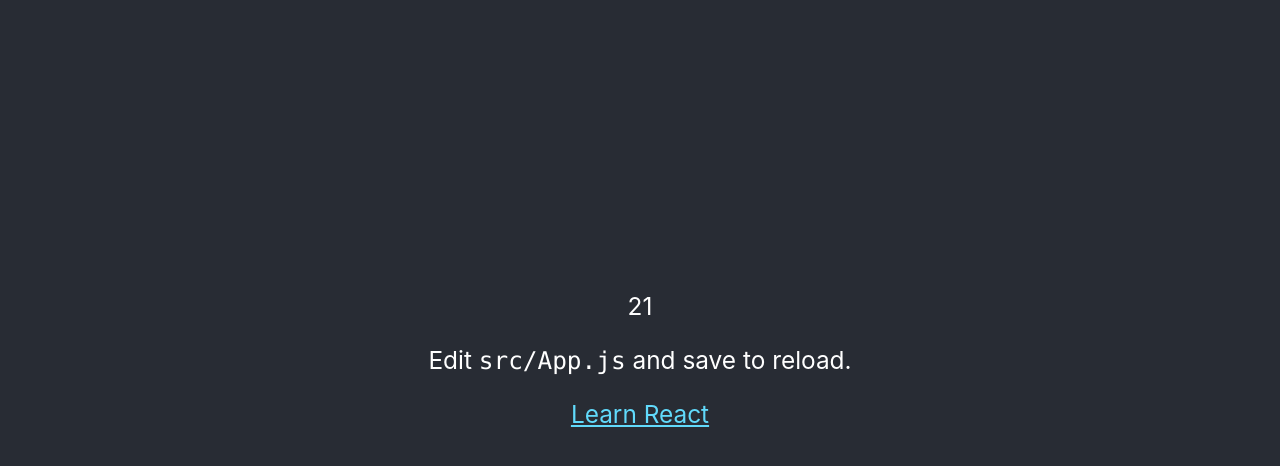
Repository: RahmanRakib9/TwentyOne
Page: /
These files come from the project's save history. The page is drawn as it stood at one moment and after a run of saves; the edit follows.
The browser window is 1280 px wide. The pictures show the whole page.
The project was rebuilt for these pictures with package versions that can differ from the ones it lists, and the page was loaded fresh each time.

Above is the page before, as saved 2022-10-07 23:18:50.

After the next 2 saves:
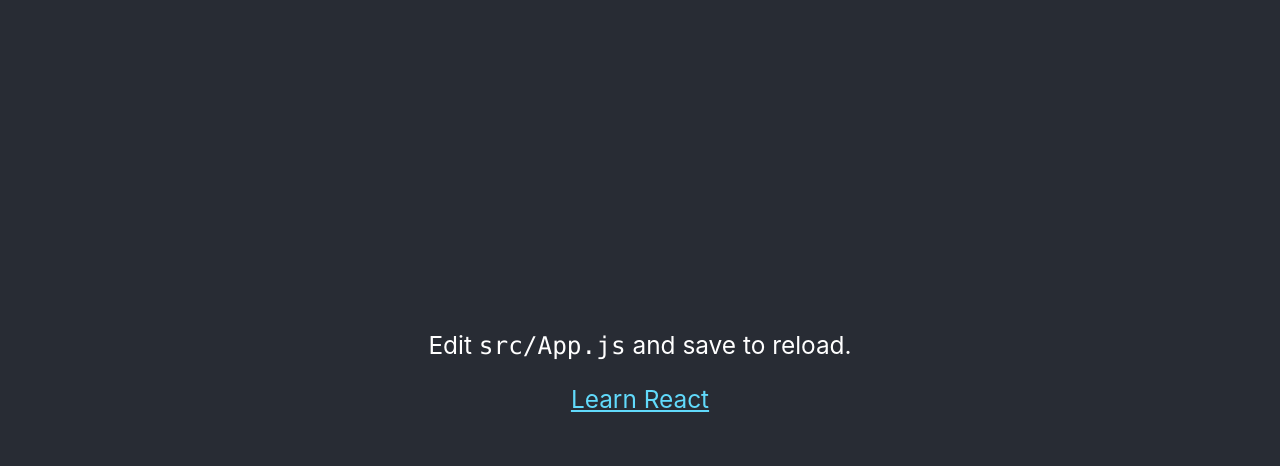
The 2 saves are shown as one change because they came seconds apart.
The last was saved 5 min 57 s later.
--- a/src/App.js
+++ b/src/App.js
@@ -6,7 +6,7 @@
     <div className="App">
       <header className="App-header">
         {/* <img src={logo} className="App-logo" alt="logo" /> */}
-        21
+        <span class="dot"></span>
         <p>
           Edit <code>src/App.js</code> and save to reload.
         </p>
